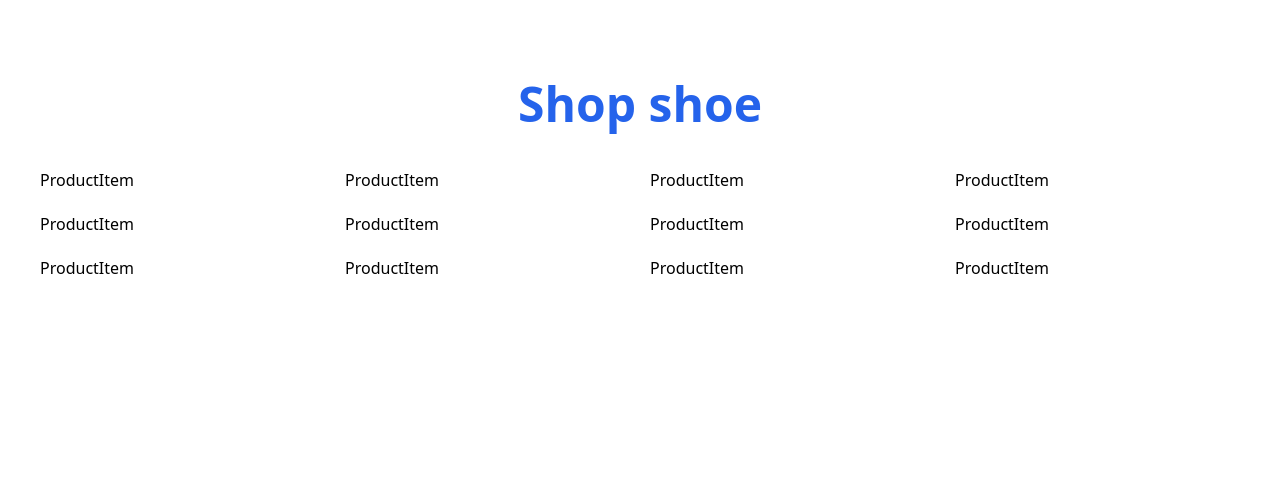
Repository: baobaodeveloper/bootcamp21_ShopShoe_HuynhAnhBao
Page: /
An editor plug-in stored every save of this project. The page is shown before and after the next save, followed by the edit.
The browser window is 1280 px wide. The pictures show the whole page.
The project was rebuilt for these pictures with package versions that can differ from the ones it lists, and the page was loaded fresh each time. Also part of the build but not shown: vite.config.js.

Above is the page before, as saved 2022-05-09 21:00:41.

### src/main.jsx
import React from "react";
import ReactDOM from "react-dom/client";
import App from "./App";
import "./index.scss";
import { Provider } from "react-redux";
import { store } from "./store";

ReactDOM.createRoot(document.getElementById("root")).render(
  <Provider store={store}>
    <React.StrictMode>
      <App />
    </React.StrictMode>
  </Provider>
);

### src/App.jsx
import ProductList from "./components/ProductList";

function App() {
  return <ProductList></ProductList>;
}

export default App;

### src/store.jsx
import { createStore } from "redux";
import { rootReducer } from "./reducers";

export const store = createStore(rootReducer);

### src/components/ProductList.jsx
import React, { Component } from "react";
import { connect } from "react-redux";
import ProductItem from "./ProductItem";

const mapStateToProps = (state) => {
  return {
    shoeList: state.shoeReducer.shoeList,
  };
};
class ProductList extends Component {
  render() {
    const shoeList = this.props.shoeList;
    return (
      <div className="p-10">
        <h1 className="my-10 text-5xl font-semibold text-center text-blue-600">
          Shop shoe
        </h1>
        <div className="grid grid-cols-4 gap-5">
          {shoeList.length > 0 &&
            shoeList.map((item) => (
              <ProductItem key={item.id} item={item}></ProductItem>
            ))}
        </div>
      </div>
    );
  }
}

export default connect(mapStateToProps, null)(ProductList);

### src/reducers/index.jsx
import { combineReducers } from "redux";
import shoeReducer from "./shoeReducer";

export const rootReducer = combineReducers({
  shoeReducer,
});

### src/components/ProductItem.jsx
import React, { Component } from "react";

export default class ProductItem extends Component {
  render() {
    const {} = this.props.item;
    return <div>ProductItem</div>;
  }
}

### src/reducers/shoeReducer.jsx
const initialState = {
  shoeList: [
    {
      id: 1,
      name: "Adidas Prophere",
      alias: "adidas-prophere",
      price: 350,
      description:
        "The adidas Primeknit upper wraps the foot with a supportive fit that enhances movement.\r\n\r\n",
      shortDescription:
        "The midsole contains 20% more Boost for an amplified Boost feeling.\r\n\r\n",
      quantity: 995,
      image: "http://svcy3.myclass.vn/images/adidas-prophere.png",
    },
    {
      id: 2,
      name: "Adidas Prophere Black White",
      alias: "adidas-prophere-black-white",
      price: 450,
      description:
        "The adidas Primeknit upper wraps the foot with a supportive fit that enhances movement.\r\n\r\n",
      shortDescription:
        "The midsole contains 20% more Boost for an amplified Boost feeling.\r\n\r\n",
      quantity: 990,
      image: "http://svcy3.myclass.vn/images/adidas-prophere-black-white.png",
    },
    {
      id: 3,
      name: "Adidas Prophere Customize",
      alias: "adidas-prophere-customize",
      price: 375,
      description:
        "The adidas Primeknit upper wraps the foot with a supportive fit that enhances movement.\r\n\r\n",
      shortDescription:
        "The midsole contains 20% more Boost for an amplified Boost feeling.\r\n\r\n",
      quantity: 415,
      image: "http://svcy3.myclass.vn/images/adidas-prophere-customize.png",
    },
    {
      id: 4,
      name: "Adidas Super Star Red",
      alias: "adidas-super-star-red",
      price: 465,
      description:
        "The adidas Primeknit upper wraps the foot with a supportive fit that enhances movement.\r\n\r\n",
      shortDescription:
        "The midsole contains 20% more Boost for an amplified Boost feeling.\r\n\r\n",
      quantity: 542,
      image: "http://svcy3.myclass.vn/images/adidas-super-star-red.png",
    },
    {
      id: 5,
      name: "Adidas Swift Run",
      alias: "adidas-swift-run",
      price: 550,
      description:
        "The adidas Primeknit upper wraps the foot with a supportive fit that enhances movement.\r\n\r\n",
      shortDescription:
        "The midsole contains 20% more Boost for an amplified Boost feeling.\r\n\r\n",
      quantity: 674,
      image: "http://svcy3.myclass.vn/images/adidas-swift-run.png",
    },
    {
      id: 6,
      name: "Adidas Tenisky Super Star",
      alias: "adidas-tenisky-super-star",
      price: 250,
      description:
        "The adidas Primeknit upper wraps the foot with a supportive fit that enhances movement.\r\n\r\n",
      shortDescription:
        "The midsole contains 20% more Boost for an amplified Boost feeling.\r\n\r\n",
      quantity: 456,
      image: "http://svcy3.myclass.vn/images/adidas-tenisky-super-star.png",
    },
    {
      id: 7,
      name: "Adidas Ultraboost 4",
      alias: "adidas-ultraboost-4",
      price: 450,
      description:
        "The adidas Primeknit upper wraps the foot with a supportive fit that enhances movement.\r\n\r\n",
      shortDescription:
        "The midsole contains 20% more Boost for an amplified Boost feeling.\r\n\r\n",
      quantity: 854,
      image: "http://svcy3.myclass.vn/images/adidas-ultraboost-4.png",
    },
    {
      id: 8,
      name: "Adidas Yeezy 350",
      alias: "adidas-yeezy-350",
      price: 750,
      description:
        "The adidas Primeknit upper wraps the foot with a supportive fit that enhances movement.\r\n\r\n",
      shortDescription:
        "The midsole contains 20% more Boost for an amplified Boost feeling.\r\n\r\n",
      quantity: 524,
      image: "http://svcy3.myclass.vn/images/adidas-yeezy-350.png",
    },
    {
      id: 9,
      name: "Nike Adapt BB",
      alias: "nike-adapt-bb",
      price: 630,
      description:
        "Nike shoe is the rare high-percentage shooter who's also a coach's dream on D. Designed for his unrivaled 2-way game, the PG 4 unveils a new cushioning system that's lightweight, articulated and responsive, ideal for players like PG who go hard every play.\r\n\r\n",
      shortDescription: "Paul George is the rare high-percentage shooter",
      quantity: 599,
      image: "http://svcy3.myclass.vn/images/nike-adapt-bb.png",
    },
    {
      id: 10,
      name: "Nike Air Max 97",
      alias: "nike-air-max-97",
      price: 650,
      description:
        "Nike shoe is the rare high-percentage shooter who's also a coach's dream on D. Designed for his unrivaled 2-way game, the PG 4 unveils a new cushioning system that's lightweight, articulated and responsive, ideal for players like PG who go hard every play.\r\n\r\n",
      shortDescription: "Paul George is the rare high-percentage shooter",
      quantity: 984,
      image: "http://svcy3.myclass.vn/images/nike-air-max-97.png",
    },
    {
      id: 11,
      name: "Nike Air Max 97 Blue",
      alias: "nike-air-max-97-blue",
      price: 450,
      description:
        "Nike shoe is the rare high-percentage shooter who's also a coach's dream on D. Designed for his unrivaled 2-way game, the PG 4 unveils a new cushioning system that's lightweight, articulated and responsive, ideal for players like PG who go hard every play.\r\n\r\n",
      shortDescription: "Paul George is the rare high-percentage shooter",
      quantity: 875,
      image: "http://svcy3.myclass.vn/images/nike-air-max-97-blue.png",
    },
    {
      id: 12,
      name: "Nike Air Max 270 React",
      alias: "nike-air-max-270-react",
      price: 750,
      description:
        "Nike shoe is the rare high-percentage shooter who's also a coach's dream on D. Designed for his unrivaled 2-way game, the PG 4 unveils a new cushioning system that's lightweight, articulated and responsive, ideal for players like PG who go hard every play.\r\n\r\n",
      shortDescription: "Paul George is the rare high-percentage shooter",
      quantity: 445,
      image: "http://svcy3.myclass.vn/images/nike-air-max-270-react.png",
    },
  ],
};

const shoeReducer = (state = initialState, action) => {
  switch (action.type) {
    case "SHOW_DETAIL": {
      return state;
    }
    case "ADD_SHOPPING_CARD": {
      return state;
    }
    case "SHOW_SHOPPING_CARD": {
      return state;
    }

    default:
      return state;
  }
};
export default shoeReducer;

Loaded but not shown: index.html (common file); src/index.scss (common file); tailwind.config.js (common file)

After the next save:
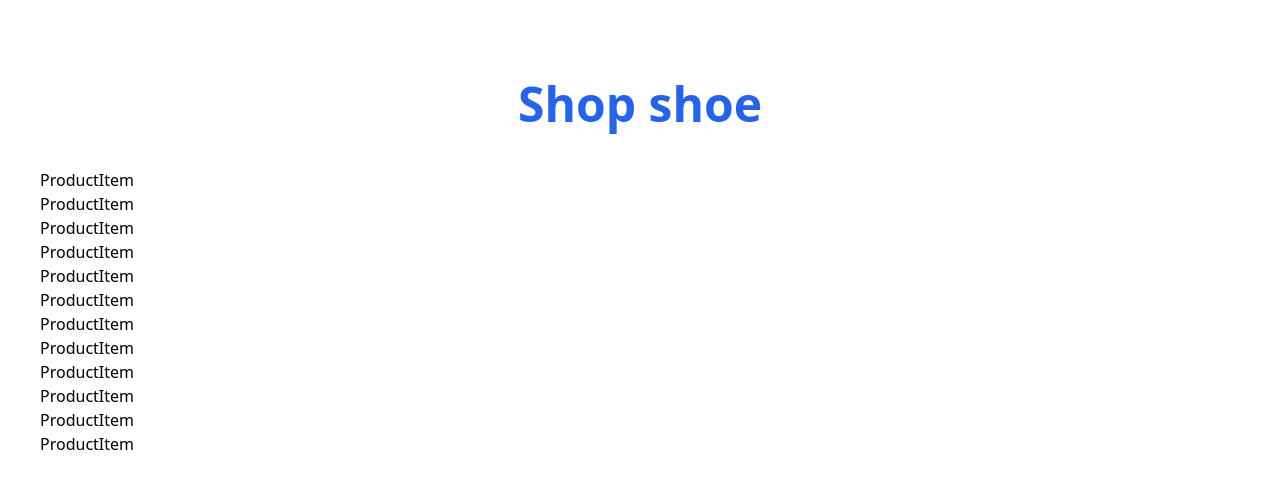
Saved 82 s later.
--- a/src/components/ProductList.jsx
+++ b/src/components/ProductList.jsx
@@ -15,7 +15,7 @@ class ProductList extends Component {
         <h1 className="my-10 text-5xl font-semibold text-center text-blue-600">
           Shop shoe
         </h1>
-        <div className="grid grid-cols-4 gap-5">
+        <div className="grid grid-cols-43gap-5">
           {shoeList.length > 0 &&
             shoeList.map((item) => (
               <ProductItem key={item.id} item={item}></ProductItem>
